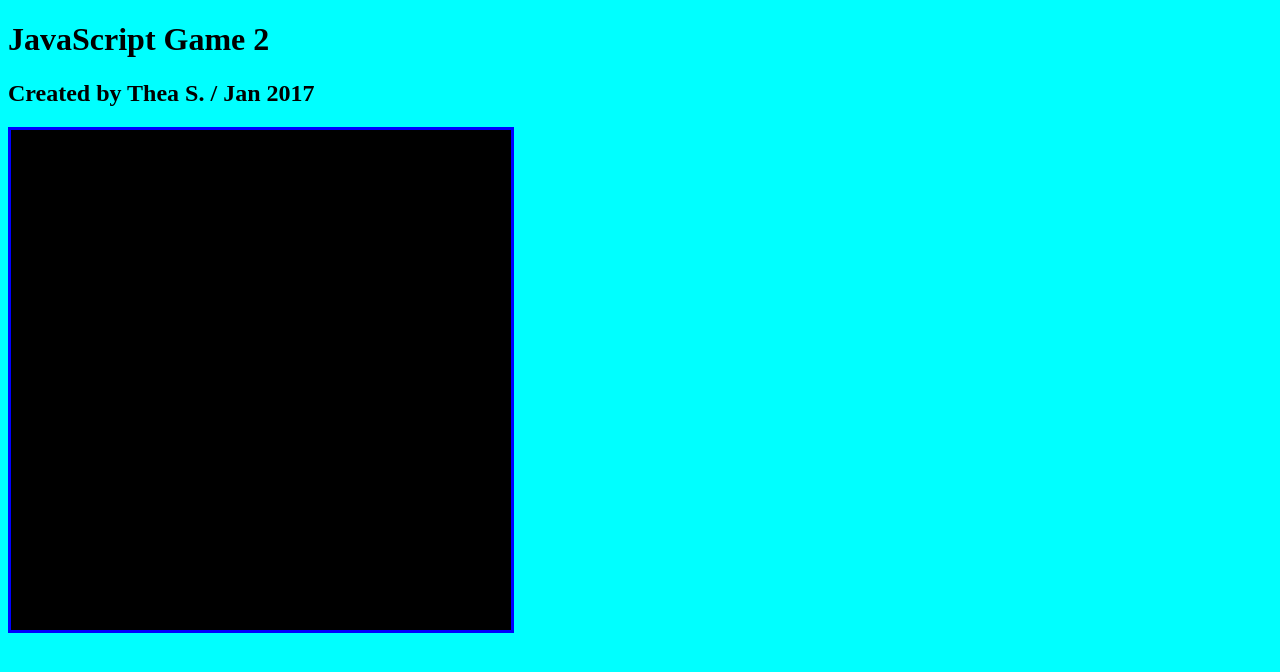
Repository: m-rabbit/b1_sukianto_code
Page: websites/JS_Game_02/index.html
The author's editor kept a copy of each file at every save. The page is drawn from the files as they stood at one save, then again after the next save.
The browser window is 1280 px wide. The pictures show the whole page.

Above is the page before, as saved 2017-02-15 16:27:24.
Console error: SyntaxError: missing ) after argument list

### websites/JS_Game_02/index.html
<!DOCTYPE html>
<html>
	<head>
		<title>JavaScript Game 2</title>
		<style>
			body {
				background-color: #00FFFF;
			}
			canvas {
				border: 3px solid blue;
				background-color: #000000;
			}
		</style>
	</head>
	<body>
		<h1>JavaScript Game 2</h1>
		<h2>Created by Thea S. / Jan 2017</h2>



		<canvas id="ctx" width="500" height="500"></canvas>
		<script src="js/gametwo.js">
		</script>
	</body>
</html>

### websites/JS_Game_02/js/gametwo.js
var ctx = document.getElementById("ctx").getContext("2d");

var ctxWidth = 500;
var ctxHeight = 500;
var rtSpacing = 30;
var bottomSpacing = 10;
var topSpacing = 30;

var appleRed = "#FF0000";
var skyBlue = "#0000FF";
var grassGreen = "#00FF00";
var canaryYellow = "#FFFF00";
var myBlack = "#000000";
var myPink = "rgba(255, 102, 153, 0.5)";

var enemyList = {};

// player as an object
var player = {
	x : 300,
	spdX : 3,
	y : 300,
	spdY : 7,
	name : "P",
	font : '30px Arial',
	wallFont : '60px Arial',
	topBottomFont : '10px Arial',
	color : myPink,
	colorWall : appleRed,
	colorTopBottom : skyBlue
}; // end of player


// this is a "Constructor"
Enemy = function(id,passX,passY,spdX,spdY, passName, passFont,
				passWallFont, passTopBottomFont, passColor,
				passColorWall,passColorTopBottom) {

	var enemy = {
		id : id,
		x : passX,
		spdX : spdX,
		y : passY,
		spdY : spdY,
		name : passName,
		font : passFont,
		wallFont : passWallFont,
		topBottomFont : passTopBottomFont,
		color : passColor,
		colorWall : passColorWall,
		colorTopBottom : passColorTopBottom
	};

	enemyList[id] = enemy;

}; // end of Enemy() constructor

getDistanceBetweenEntity = function (entity1,entity2){
	var dx = entity1.x - entity2.x;
	var dy = entity1.y - entity2.y;
	return Math.sqrt(dx*dx + dy*dy);

};

testCollisionEntity = function (entity1,entity2){

	var distance = getDistanceBetweenEntity(entity1,entity2);
	return distance < 50;

};

document.onmousemove = function(mouse) {
	var mouseX = mouse.clientX;
	var mouseY = mouse.clientY;
	console.log("mouse x,y: ",mouseX,","mouseY);
};
updateEntity = function(something) {
	updateEntityPosition(something);
	drawEntity(something);
};


updateEntityPosition = function(something) {
	something.x += something.spdX;
	something.y += something.spdY;

	//flips spdX if we hit either the left or the right sides
	if (something.x >= ctxWidth - rtSpacing || something.x <= 0) {// right side OR left side
		something.spdX *= -1;
		something.color = something.colorWall;
		something.font = something.wallFont;
	}

	// flip spdY if we hit either the ceiling OR the floor
	if (something.y >= ctxHeight - bottomSpacing || something.y <= topSpacing) {// || is a Boolean for "OR"
		something.spdY *= -1;
		something.color = something.colorTopBottom;
		something.font = something.topBottomFont;
	}
};

drawEntity = function(something) {
	ctx.font = something.font;
	ctx.fillStyle = something.color;
	ctx.fillText(something.name, something.x, something.y);
};



update = function() {
	ctx.clearRect(0, 0, ctxWidth, ctxHeight);
	updateEntity(player);
	for(var i in enemyList) {
		updateEntity(enemyList[i]);

		var isColliding = testCollisionEntity(player,enemyList[i]);
		if (isColliding){
			console.log("Collision!");
		}
	};
}; // end of update()

Enemy('E1', 70, 60, 2, 5, 'E01','30px Arial','60px Arial',
'10px Arial',myBlack,grassGreen,appleRed);

Enemy('E2', 80, 50, 3, 4, 'E02', '60px Arial','30px Arial',
'15px Arial',grassGreen,myBlack,appleRed);

Enemy('E3', 75, 50, 3, 7, 'E03','20px Arial','80px Arial',
'20px Arial',appleRed,grassGreen,myBlack);

setInterval(update, 100);

After the next save:
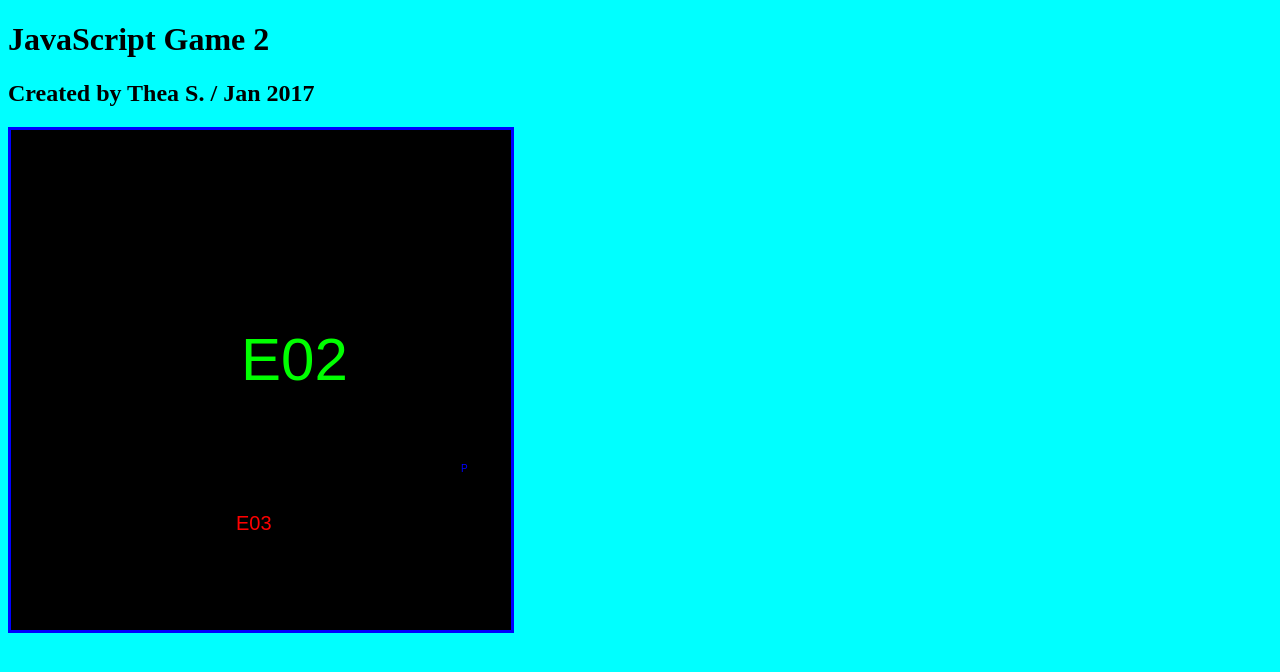
The error is gone.
Saved 46 h 24 min later.
--- a/websites/JS_Game_02/js/gametwo.js
+++ b/websites/JS_Game_02/js/gametwo.js
@@ -72,7 +72,7 @@ testCollisionEntity = function (entity1,entity2){
 document.onmousemove = function(mouse) {
 	var mouseX = mouse.clientX;
 	var mouseY = mouse.clientY;
-	console.log("mouse x,y: ",mouseX,","mouseY);
+	console.log("mouse x,y: " + mouseX + "," + mouseY);
 };
 updateEntity = function(something) {
 	updateEntityPosition(something);
